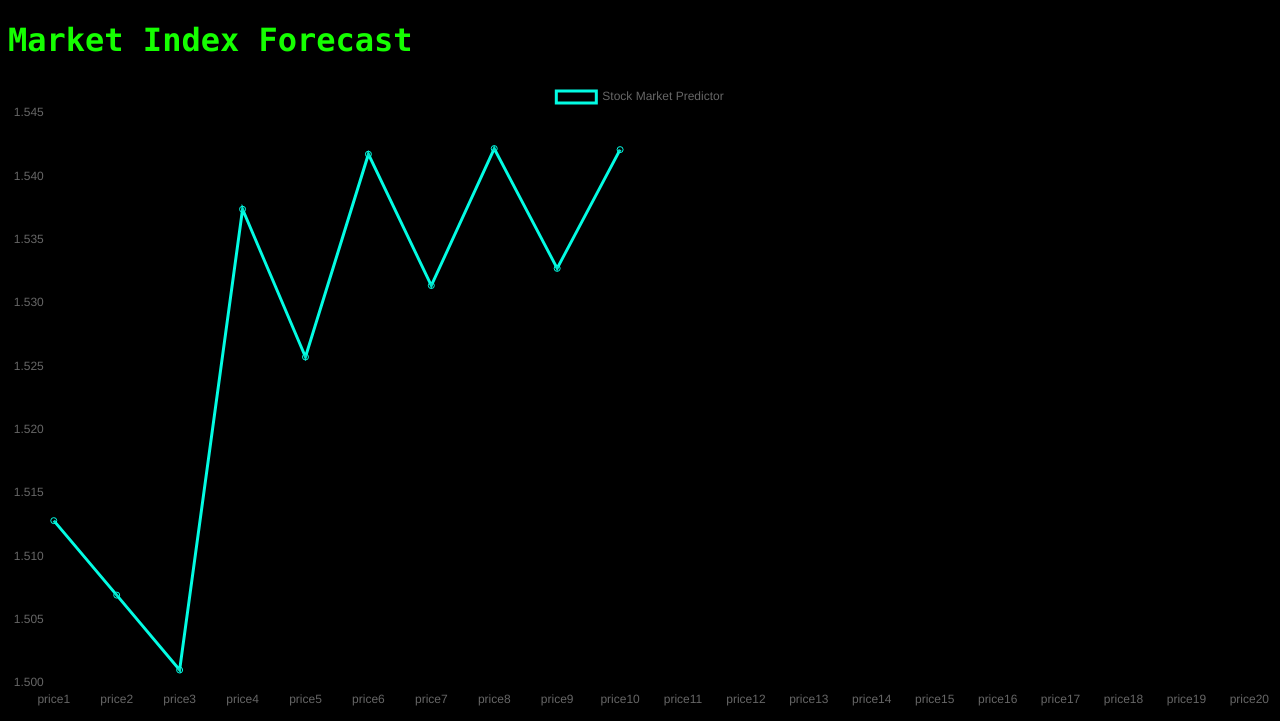
Repository: blackout41/machineLearning
Page: goldIndex.html
The author's editor kept a record of every edit. The page is drawn from the files as they stood at one moment, then again after the next edit.
The browser window is 1280 px wide. The pictures show the whole page.
Some web libraries are served in a nearby version.

Above is the page before.

After the next edit:
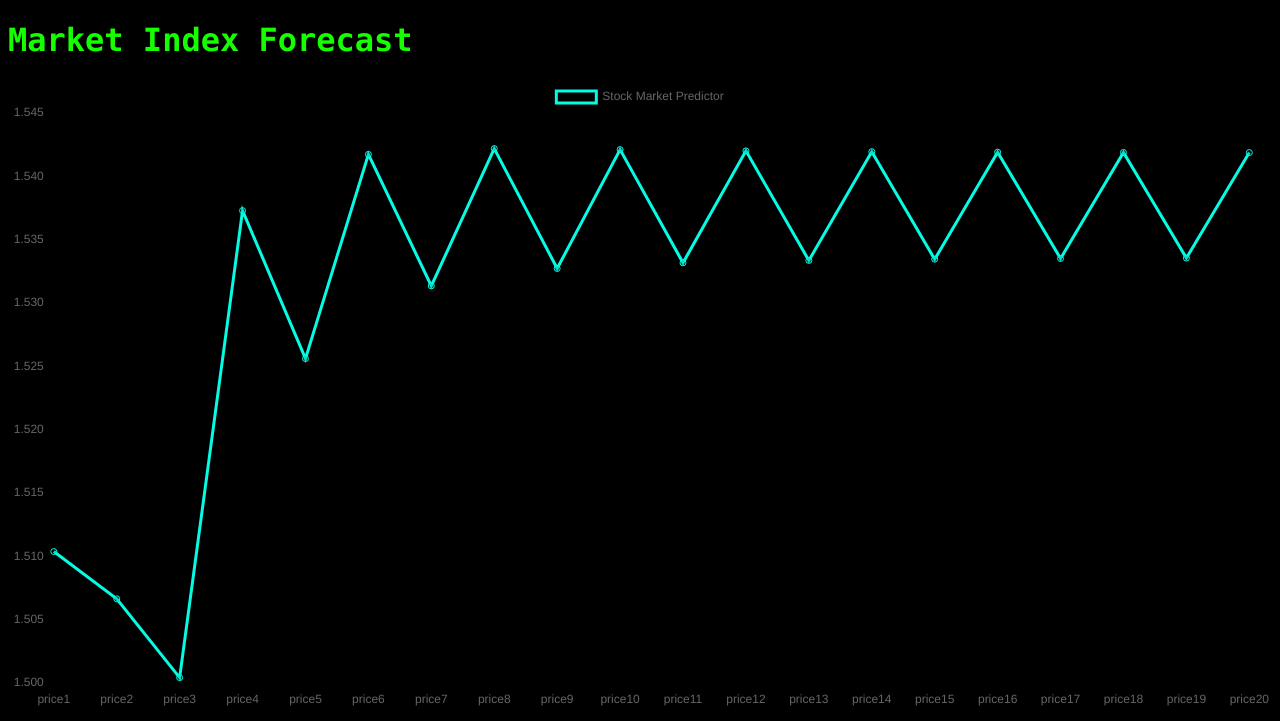
The edit:
--- a/goldIndex.js
+++ b/goldIndex.js
@@ -25,7 +25,7 @@
 net.train(trainingData, );
 
 let result = net.run([1.496]);
-let forecastData = net.forecast([1.545], 10)
+let forecastData = net.forecast([1.526], 20)
 
 console.log(result);
 
